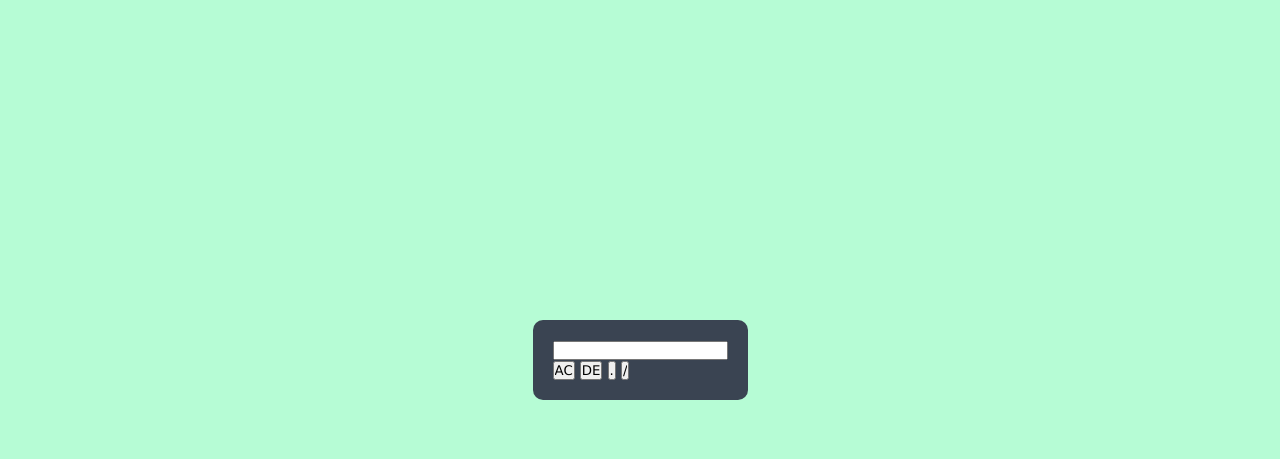
Repository: sirsky89/Simple-Calculator
Page: index.html
The author's editor kept a copy of each file at every save. The page is drawn from the files as they stood at one save, then again after the next save.
The browser window is 1280 px wide. The pictures show the whole page.

Above is the page before, as saved 2023-01-14 09:36:53.

### index.html
<!DOCTYPE html>
<html lang="en">
  <head>
    <meta charset="UTF-8" />
    <meta http-equiv="X-UA-Compatible" content="IE=edge" />
    <meta name="viewport" content="width=device-width, initial-scale=1.0" />
    <title>Android Calculator</title>
    <link rel="stylesheet" href="style.css" />
  </head>
  <body>
    <section>
      <div class="container">
        <div class="calculator">
          <form>
            <div>
              <input type="text" name="display" />
            </div>
            <div>
              <input type="button" value="AC" />
              <input type="button" value="DE" />
              <input type="button" value="." />
              <input type="button" value="/" />
            </div>
          </form>
        </div>
      </div>
    </section>
  </body>
</html>

### style.css
* {
  margin: 0;
  padding: 0;
  box-sizing: border-box;
  font-family: Verdana, Geneva, Tahoma, sans-serif;
}

.container {
  width: 100%;
  height: 100vh;
  background-color: #b6fcd5;
  display: flex;
  align-items: center;
  justify-content: center;
}

.calculator {
  background: #3a4452;
  padding: 20px;
  border-radius: 10px;
}

After the next save:
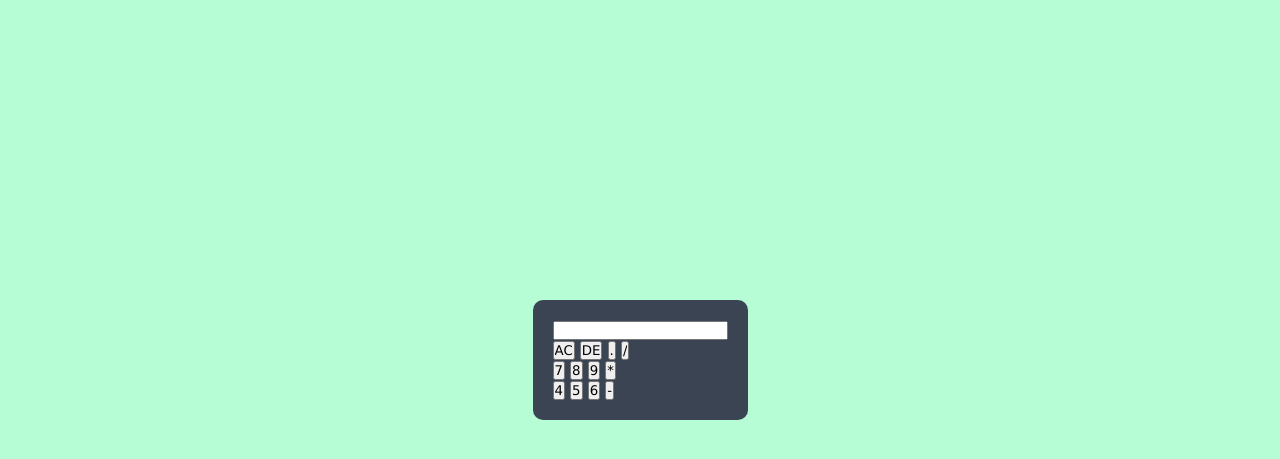
Saved 43 s later.
--- a/index.html
+++ b/index.html
@@ -21,6 +21,18 @@
               <input type="button" value="." />
               <input type="button" value="/" />
             </div>
+            <div>
+              <input type="button" value="7" />
+              <input type="button" value="8" />
+              <input type="button" value="9" />
+              <input type="button" value="*" />
+            </div>
+            <div>
+              <input type="button" value="4" />
+              <input type="button" value="5" />
+              <input type="button" value="6" />
+              <input type="button" value="-" />
+            </div>
           </form>
         </div>
       </div>
